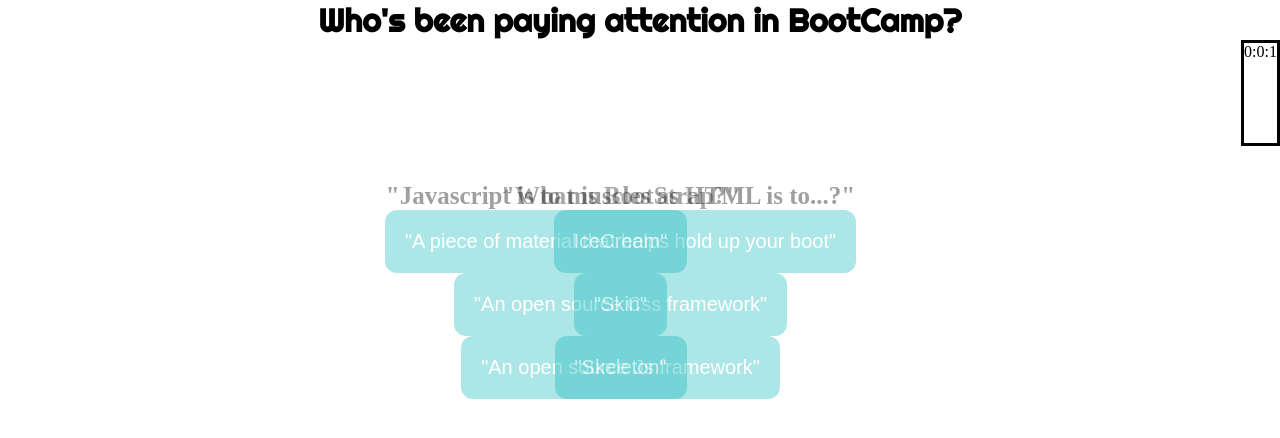
Repository: kkyler24/Quizlet
Page: Quiz.html
The author's editor kept a copy of each file at every save. The page is drawn from the files as they stood at one save, then again after the next save.
The browser window is 1280 px wide. The pictures show the whole page.
After loading, the first visible `div.col-8` was clicked once.
Some web libraries are served in a nearby version.

Above is the page before, as saved 2020-03-16 00:40:51.

### Quiz.html
<!DOCTYPE html>

<html lang="en">

<head>
    <meta charset="UTF-8">
    <meta name="viewport" content="width=device-width, initial-scale=1.0">

    <!-- font family -->
    <link href="https://fonts.googleapis.com/css2?family=Righteous&display=swap" rel="stylesheet">

    <!-- Popper -->
    <script src="https://cdnjs.cloudflare.com/ajax/libs/popper.js/1.12.9/umd/popper.min.js"
        integrity="sha384-ApNbgh9B+Y1QKtv3Rn7W3mgPxhU9K/ScQsAP7hUibX39j7fakFPskvXusvfa0b4Q"
        crossorigin="anonymous"></script>
    <!-- Myfiles -->
    <link rel="stylesheet" type="text/css" href="DevOpsFiles/Style.css">
    <title>Quiz it</title>
</head>

<header>Who's been paying attention in BootCamp?</header>

<!-- Quiz Design -->

<body>
    <div class="time"></div>
    <Div class="flex-container">
        <div id="questionBoxOne" class="row" style="display: block;">
            <div class="col-md-6 col-sm-3 questionDiv">
                "What is BootStrap?"
                <div class="col-8 col-sm-6 answerA">
                    <button type="button" class="button">"A piece of material that helps hold up your
                        boot"
                    </button>
                </div>
                <div class="col-8 col-sm-6 answerA correct">
                    <button type="button" class="button">"An open source Css
                        framework"</button>
                </div>
                <div class="col-8 col-sm-6 answerA">
                    <button type="button" class="button">"An open source Js framework"</button>
                </div>
            </div>
        </div>

        <div id="questionBoxTwo" class="row" style="display: none;">
            <div class="col-md-6 col-sm-3 questionDiv">
                "Javascript is to muscles as HTML is to...?"
            </div>
                <div class="col-8 col-sm-6 answerB correct">
                    <button type="button" class="button"> IceCream"</button>
                </div>
                <div class="col-8 col-sm-6 answerB">
                    <button type="button" class="button">"Skin"</button>
                </div>
                <div class="col-8 col-sm-6 answerB">
                    <button type="button" class="button">"Skeleton"</button>
                </div>
            </div>


        <div id="questionBoxThree" class="row" style="display: none;">
            <div class="col-md-6 col-sm-3 questionDiv">
                "What does HTML stand for?"
                <div class="row">

                    <div class="col-8 col-sm-6 answerC">
                        <button type="button" class="button">"Home Tools Mark-up language" </button>

                        <div class="col-8 col-sm-6 answerC">
                            <button type="button" class="button"> "Hyper-text Mark down language "</button>

                            <div class="col-8 col-sm-6 answerC">
                                <button type="button" class="button">"Hyper-text Mark up language
                                    "</button>
                            </div>
                        </div>
                    </div>
                </div>
            </div>
        </div>

        <div id="questionBoxFour" class="row" style="display: none;">
            <div class="col-md-6 col-sm-3 questionDiv">
                "What is BootStrap?"
                <div class="row">

                    <div class="col-8 col-sm-6 answerD">
                        <button type="button" class="button">"A piece of material that helps hold
                            up your boot" </button>

                        <div class="col-8 col-sm-6 answerD">
                            <button type="button" class="button">"An open source Css
                                framework"</button>

                            <div class="col-8 col-sm-6 answerD">
                                <button id="D" type="button" class="button">"An open source Js
                                    framework"</button>
                            </div>
                        </div>
                    </div>
                </div>
            </div>
        </div>
    </Div>

    <script src="https://code.jquery.com/jquery-3.4.1.js"></script>
    <script src="DevOpsFiles/Java.js"></script>
</body>

</html>

### DevOpsFiles/Style.css
body{
    margin: auto;
    text-align: center;
    background-image: image();
  }

.flex-container {
    display: flex;
    height: 500px;
    justify-content: center;
    align-items: center;
    flex-direction: column;
  }

header{
font-family: "Righteous", cursive;
font-size: xx-large;
font-weight: bolder;

  }

#secLeft {
  position: absolute;
  top: 0.1%;
  display: block;
}

#questionBoxOne {
  position: absolute;

}

#questionBoxTwo {
  position: absolute;

}

#questionBoxThree {
  position: absolute;

}

#questionBoxFour {
  position: absolute;

}
.questionDiv{
  font-size: 25px;
  font-weight: bold;

}

.button{
background-color: rgb(22, 184, 187);
padding: 20px;
border-radius: 12px;
border: none;
color: white;
font-family:Arial, Helvetica, sans-serif;
font-size: 20PX;
}

.time{
  float: right;
  border: solid;
  height: 100px;
  text-align: center;
}

#startButton{
  text-align: center;
  margin-top: 50px;
}

### DevOpsFiles/Java.js

// record start time
var startTime;
function display() {
    // later record end time
    var endTime = new Date();

    // time difference in ms
    var timeDiff = endTime - startTime;

    // strip the miliseconds
    timeDiff /= 1000;

    // get seconds
    var seconds = Math.floor(timeDiff % 60);

    // remove seconds from the date
    timeDiff = Math.floor(timeDiff / 60);

    // get minutes
    var minutes = Math.round(timeDiff % 60);

    // remove minutes from the date
    timeDiff = Math.floor(timeDiff / 60);

    // get hours
    var hours = Math.round(timeDiff % 24);

    // remove hours from the date
    timeDiff = Math.floor(timeDiff / 24);

    // the rest of timeDiff is number of days
    var days = timeDiff;

    $(".time").text(hours + ":" + minutes + ":" + seconds);
    setTimeout(display, 1000);
}

$(".answerA").click(function () {
    startTime = new Date();
    setTimeout(display, 1000);
});


//   function stopTimer() {
//     secondsElapsed = 0;
//     formatTime();
//   }
//   function startTimer() {
//     if (totalSeconds > 0) {
//       secondsElapsed = 0;
//       timer = setInterval(function () {
//         secondsElapsed++;
//         formatTime();
//       }, 1000);
//     }
//     formatTime();
//   }
// };

// ---Score Code---
var totalScore = [];

function getSum(total, num) {
  return total + Math(num);
}
function myFunction(item) {
  document.getElementById("stats").innerHTML = totalScore.reduce(getSum, 0);
}



// Questions Object
var Quests = [
  {
    Q1: {
      Question: "What is BootStrap?",
      answers: ["A piece of material that helps hold up your boot", "An open source Css framework", "An open source JS framework"],
      answersCorrect: [1]

    },

    Q2: {
      Question: "HTML is to Skeleton as Javascript is to...?",
      answers: ["Muscles", "Skin", "Coffee"],
      answersCorrect: [0]
    },

    Q3: {
      Question: "What does HTML stand for?",
      answers: ["A piece of material that helps hold up your boot", "An open source Css framework", "An open source JS framework"],
      answersCorrect: [3]
    },

    Q4: {
      Question: "What is BootStrap?",
      answers: ["A piece of material that helps hold up your boot", "An open source Css framework", "An open source JS framework"],
      answersCorrect: [2]
    }
  }];


// -->Get faded code<--

var fadeOut = $(".answerA").on("click", function () {
  $("#questionBoxOne").fadeOut(2500, function () {
    $(this).remove();
  })
});

$(".answerA").on("click", function () {
  $("#questionBoxTwo").fadeIn(3600, function () {
  })
});

$('.answerB').on('click', function () {
  $("#questionBoxTwo").fadeOut(2500, function () {
    $(this).remove();
  })
});

$(".answerB").on("click", function () {
  $("#questionBoxThree").fadeIn(3600, function () {

  })
});

$('.answerC').on('click', function () {
  $("#questionBoxThree").fadeOut(2500, function () {
    $(this).remove();
  })
});

$(".answerC").on("click", function () {
  $("#questionBoxFour").fadeIn(3500, function () {
  })
});

$('.answerD').on('click', function () {
  $("#questionBoxFour").fadeOut(2500, function () {
    $(this).remove();
  })
});

$(".answerD").on("click", function () {
    $("#stats").slideDown(3500, function () {
    })
  });

//
// var aBBox = document.getElementsByClassName("col-8 col-sm-6 answerB");
// aBBox.


// done.addEventListener("event", function(){
// $(".answerb").on("event", function(){
//   $("#questionBoxTwo").fadeOut(2000,function(){
//     $(this).remove();
// })});



//
// $("#questionBoxTwo").fadeIn(1000,function())

// fade in after (this).remove has been completed
// var buttonCheck = document.getElementsByClassName("button");
// var totalScore = "";

// button listener



// Check the buttons for correct class
// // for ( var i = 0; i > flex-container.lenght; i++) {
// //   $("button").on("click", function(){
// //     if (buttonCheck.click === button.correct){
// //         totalScore = totalScore + 25;
// //     }
// //     else {secondsElapsed + 1500};
//   }
// )}

After the next save:
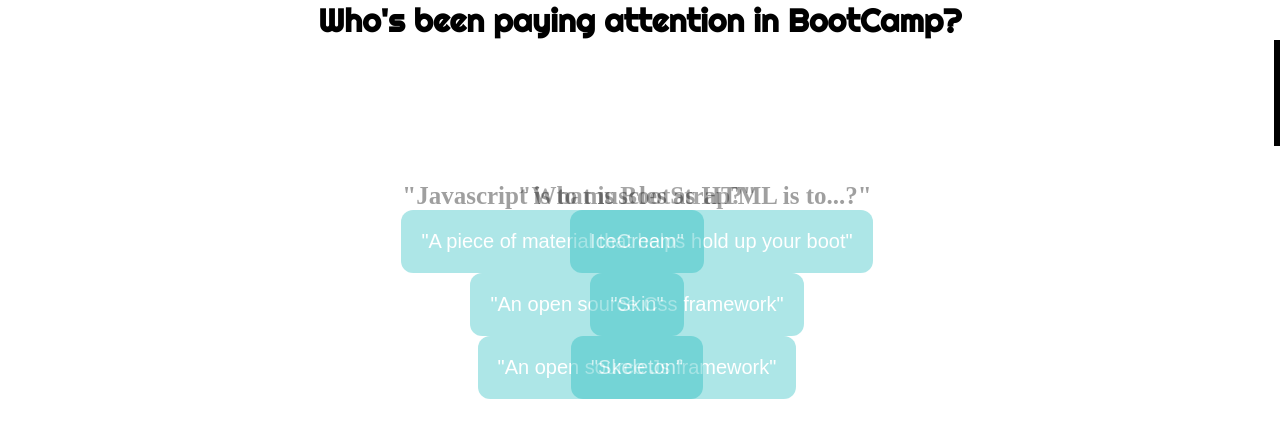
Saved 3 min 15 s later.
--- a/DevOpsFiles/Java.js
+++ b/DevOpsFiles/Java.js
@@ -36,7 +36,7 @@ function display() {
     setTimeout(display, 1000);
 }
 
-$(".answerA").click(function () {
+$("#startButton").click(function () {
     startTime = new Date();
     setTimeout(display, 1000);
 });
@@ -101,8 +101,12 @@ var Quests = [
 
 
 // -->Get faded code<--
+$(".answerA").on("click", function () {
+  $("#questionBoxOne").fadeIn(3600, function () {
+  })
+});
 
-var fadeOut = $(".answerA").on("click", function () {
+$(".answerA").on("click", function () {
   $("#questionBoxOne").fadeOut(2500, function () {
     $(this).remove();
   })
